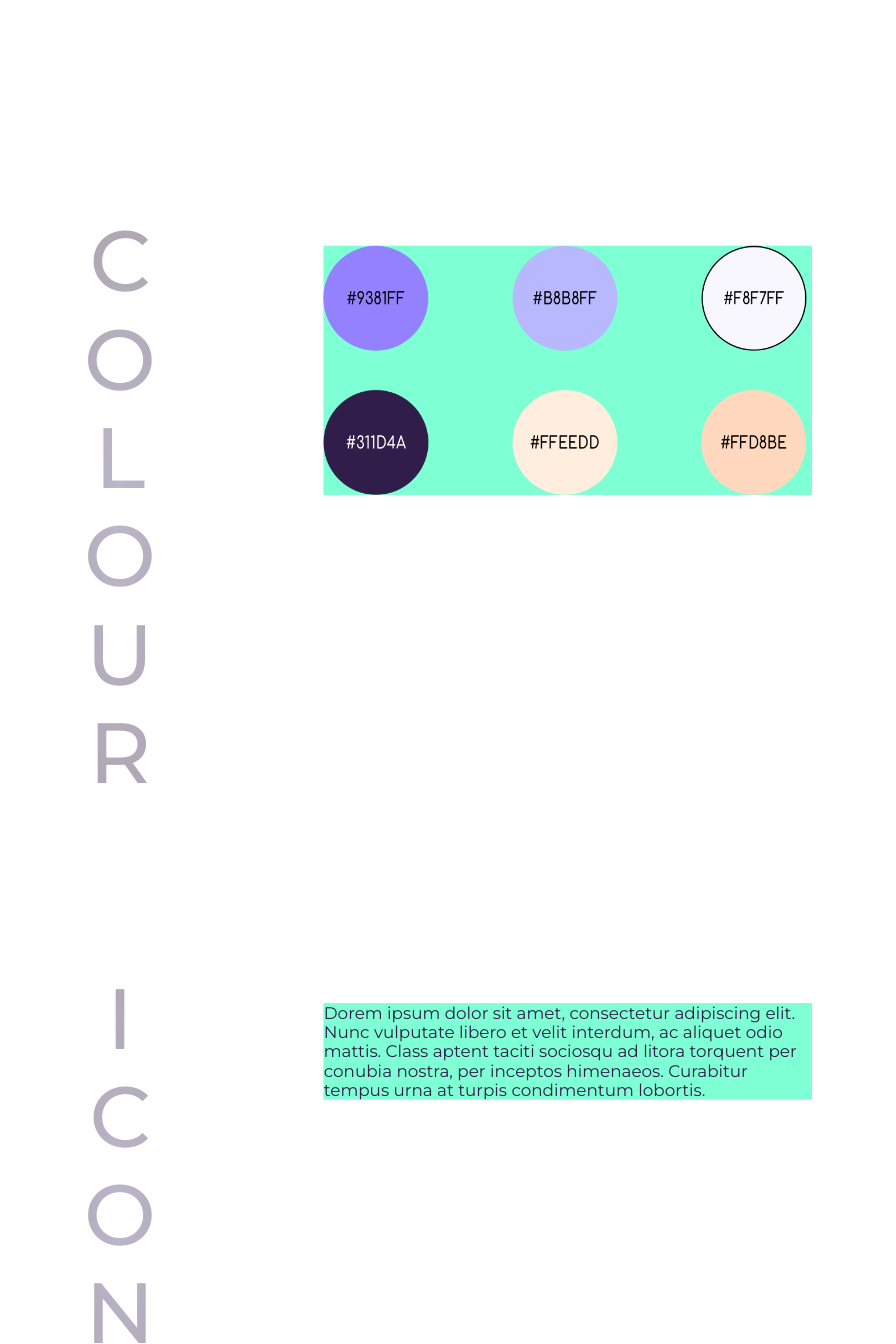
Repository: sierralaurent/Styleguide-Big_Project
Page: visuals.html
These files come from the project's save history. The page is drawn as it stood at one moment and after the next save; the edit follows.
The browser window is 1280 px wide. The pictures show the part of the page from y = 760 to 2680 px (the page is 3164 px tall), at 70% of full size.
Some web fonts or font styles are not loaded; a fallback is used.

Above is the page before, as saved 2023-03-11 10:57:23.

After the next save:
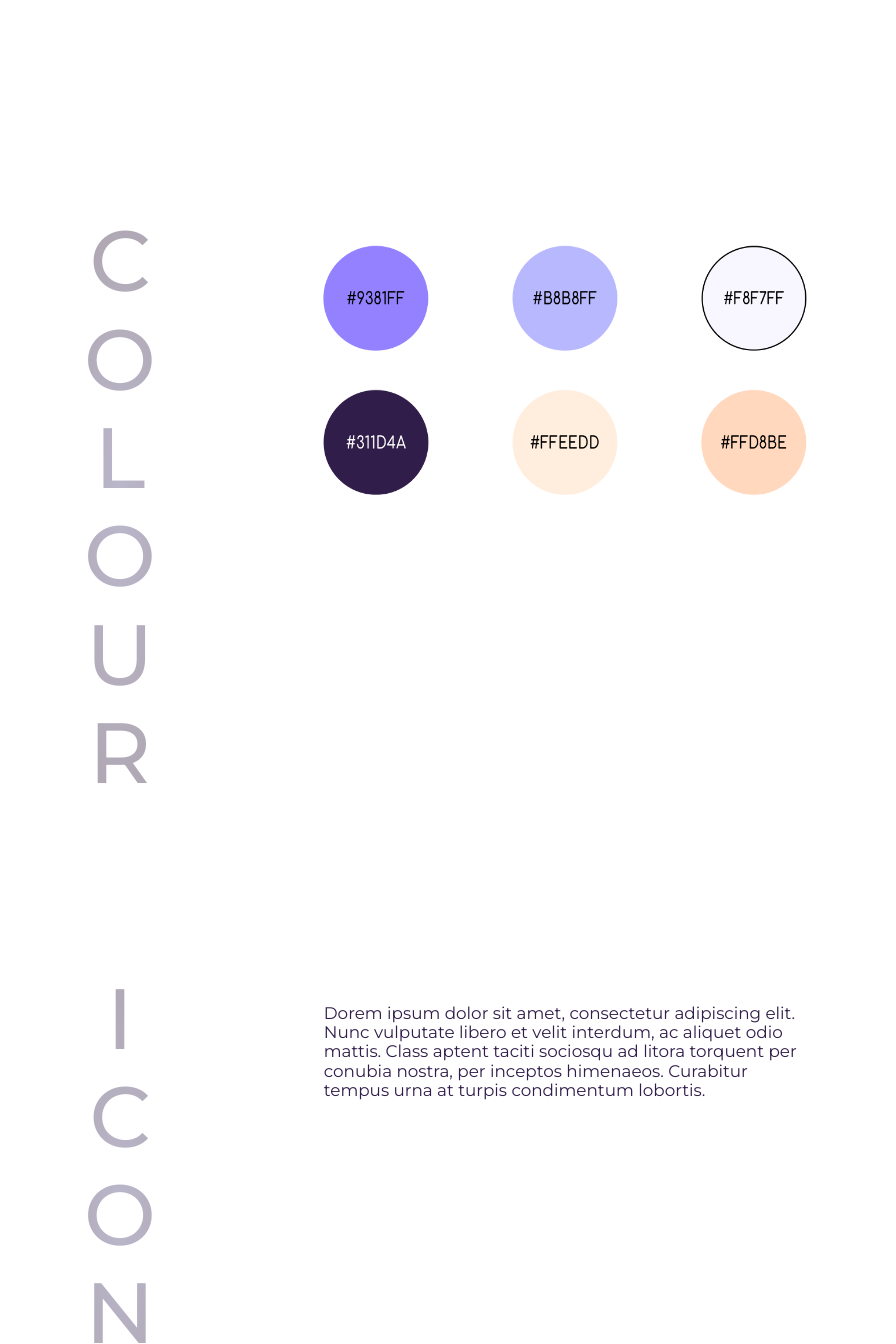
Saved 42 s later.
--- a/visuals.css
+++ b/visuals.css
@@ -122,11 +122,6 @@
     gap: 5rem;
     row-gap: 5rem;
     color: var(--dark-purple);
-    background-color: aquamarine;
-  }
-
-  .gap {
-    row-gap: 10rem;
   }
   .home-container4 {
     flex: 0 0 auto;
